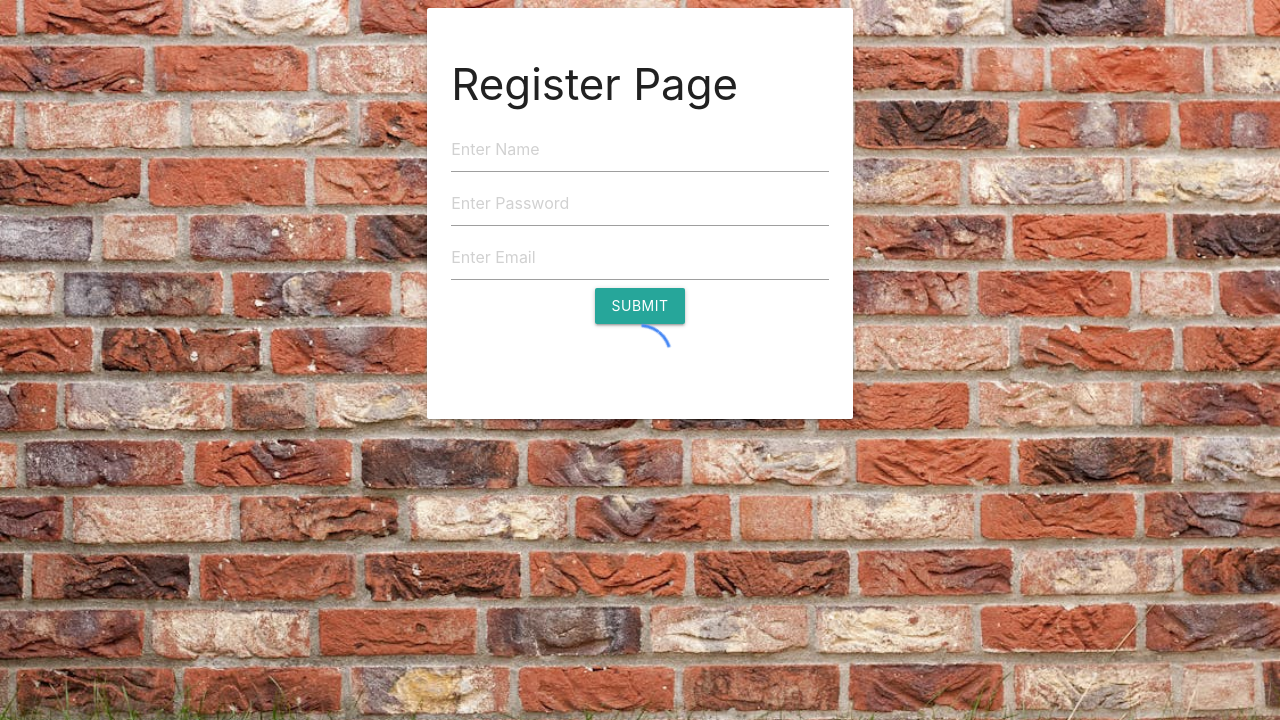
Repository: nin19/advance_java
Page: http://localhost/register-module/
The author's editor kept a copy of each file at every save. The page is drawn from the files as they stood at one save, then again after the next save.
The browser window is 1280 px wide. The pictures show the whole page.
The page is served by Tomcat 9. Other server files are loaded and not shown.

Above is the page before, as saved 2024-10-17 13:55:35.

### servlet/register-module/src/main/webapp/signup.jsp
<%@ page language="java" contentType="text/html; charset=ISO-8859-1"
    pageEncoding="ISO-8859-1"%>
<!DOCTYPE html>
<html>
<head>
<meta charset="ISO-8859-1">
<title>SignUpPage</title>
 <!-- Compiled and minified CSS -->
    <link rel="stylesheet" href="https://cdnjs.cloudflare.com/ajax/libs/materialize/1.0.0/css/materialize.min.css">

    <!-- Compiled and minified JavaScript -->
    <script src="https://cdnjs.cloudflare.com/ajax/libs/materialize/1.0.0/js/materialize.min.js"></script>

</head>
<body style="background: url(img/background.jpeg);background-size: 100%">
	<div class="container">
		<div class="row">
			<div class="col m6 offset-m3">
				<div class="card">
					<div class="card-content">
						<h3>Register Page</h3>

						<div class="form center-align">
							<form action="Register" method="post">
								<input type="text" name="user_name" placeholder="Enter Name"/>
								<input type="password" name="user_password" placeholder="Enter Password"/>
								<input type="password" name="user_email" placeholder="Enter Email"/>

								<button type="submit" class="btn">Submit</button>
							</form>
						</div>
						<div class="loader center-align">
							<div class="preloader-wrapper big active">
							    <div class="spinner-layer spinner-blue-only">
							      <div class="circle-clipper left">
							        <div class="circle"></div>
							      </div><div class="gap-patch">
							        <div class="circle"></div>
							      </div><div class="circle-clipper right">
							        <div class="circle"></div>
							      </div>
							    </div>
							 </div>
						</div>
					</div>
				</div>
			</div>
		</div>
	</div>
</body>
</html>

After the next save:
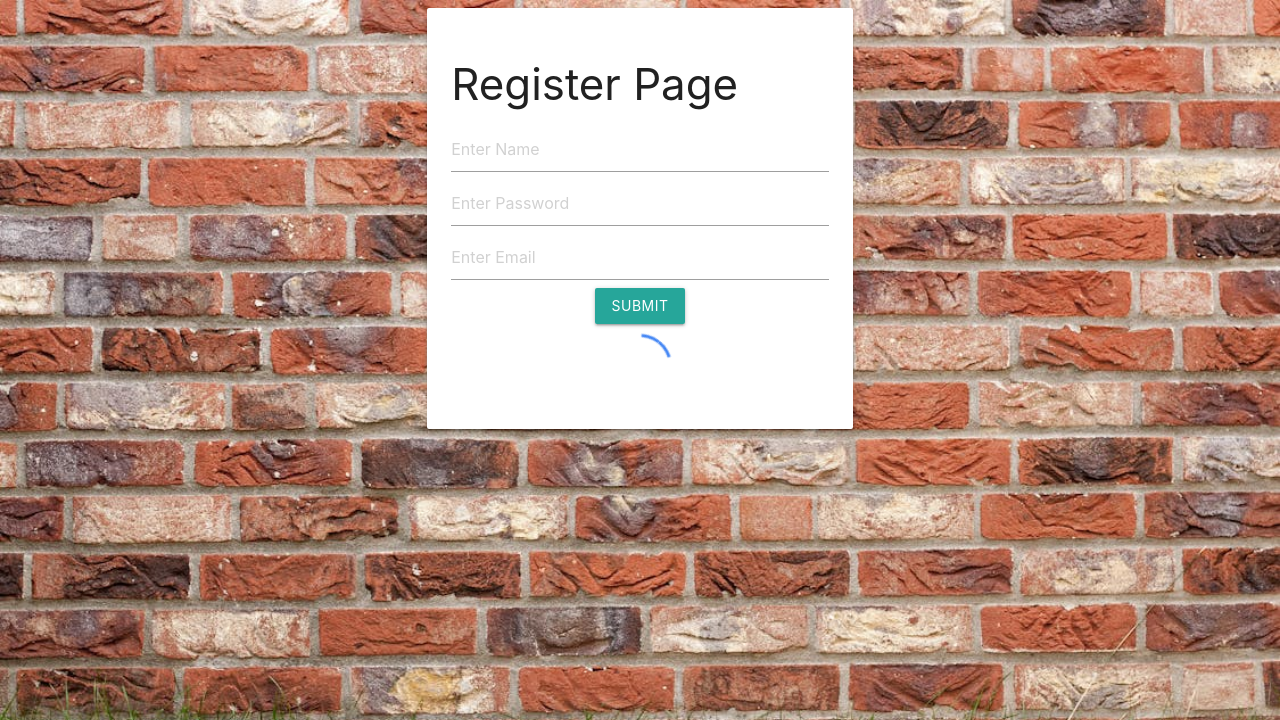
Saved 36 s later.
--- a/servlet/register-module/src/main/webapp/signup.jsp
+++ b/servlet/register-module/src/main/webapp/signup.jsp
@@ -29,7 +29,7 @@
 								<button type="submit" class="btn">Submit</button>
 							</form>
 						</div>
-						<div class="loader center-align">
+						<div class="loader center-align" style="margin-top: 10px;">
 							<div class="preloader-wrapper big active">
 							    <div class="spinner-layer spinner-blue-only">
 							      <div class="circle-clipper left">
